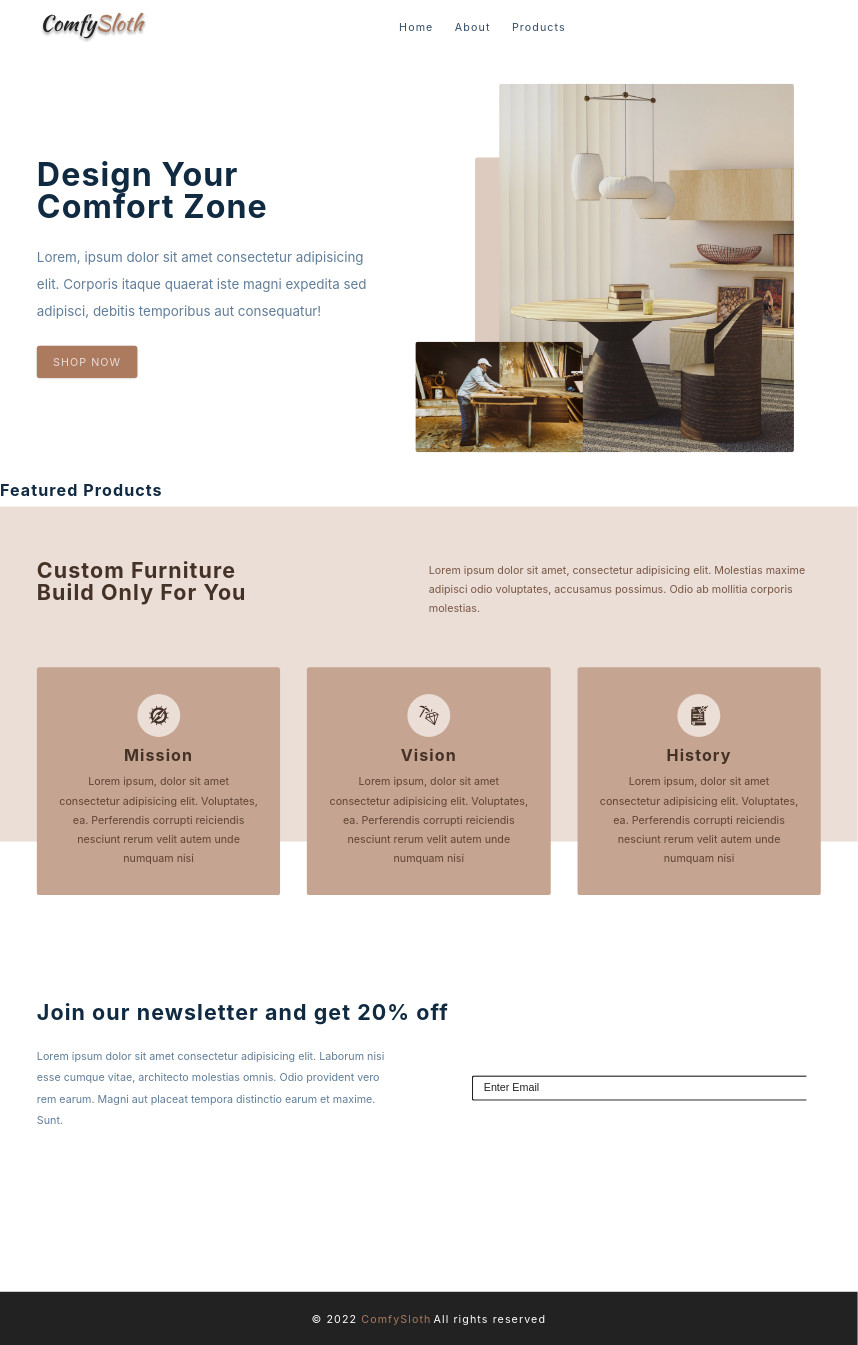
Repository: MateuszWorek/react-comfy-store
Page: /
The author's editor kept a copy of each file at every save. The page is drawn from the files as they stood at one save, then again after the next save.
The browser window is 1280 px wide. The pictures show the whole page, at 67% of full size.
The project was rebuilt for these pictures with package versions that can differ from the ones it lists, and the page was loaded fresh each time. A package was used in the major version that the imports need, not the one package.json lists. Also part of the build but not shown: src/components/Error.js, src/components/Loading.js, src/utils/helpers.js, src/components/Product.js, src/reducers/cart_reducer.js, src/context/cart_context.js, src/context/user_context.js, src/components/ProductImages.js and 22 more. Imported but missing from the stored project, and not drawn on this page: src/components/AmountButtons.

Above is the page before, as saved 2022-07-14 18:27:46.

After the next save:
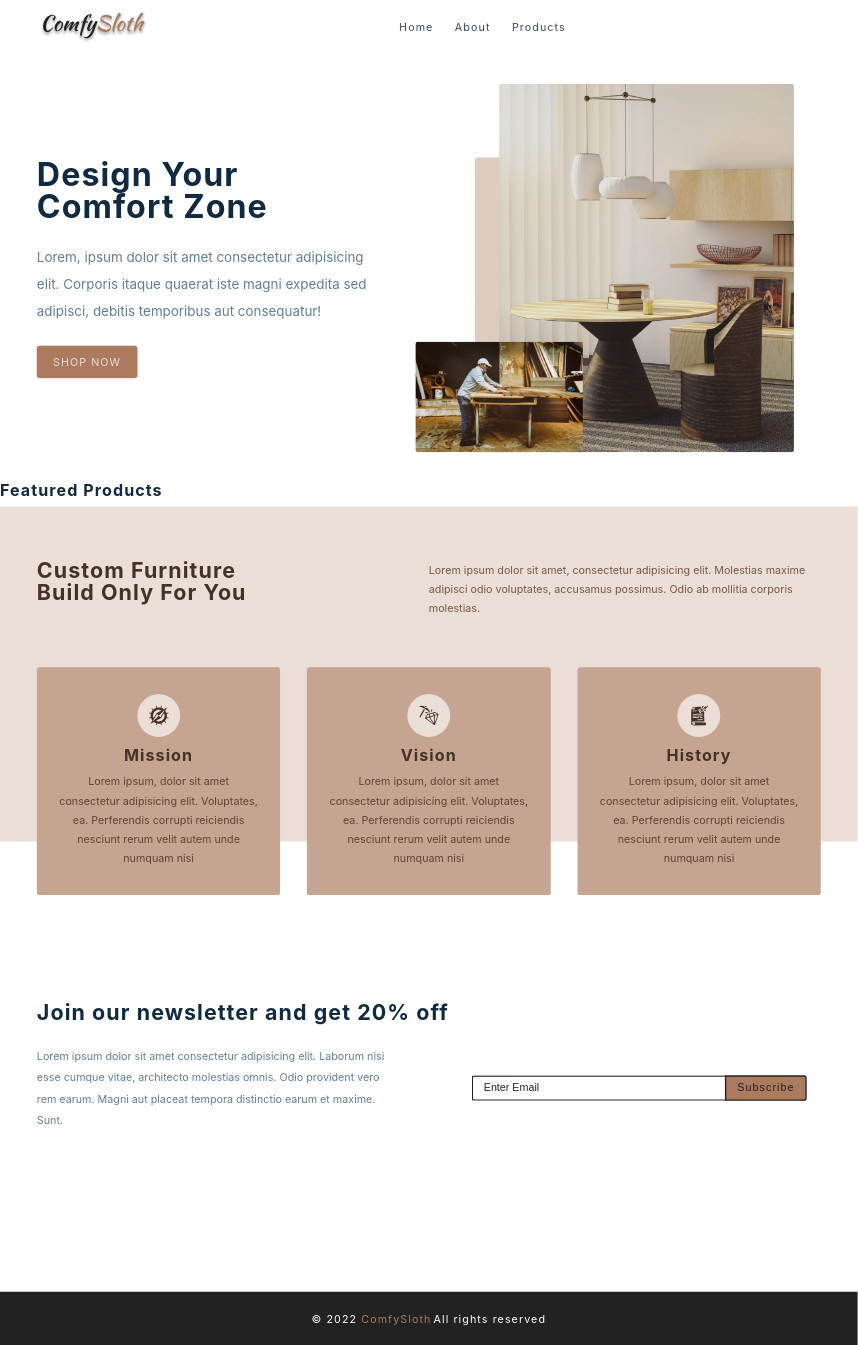
Saved 38 s later.
--- a/src/components/Contact.js
+++ b/src/components/Contact.js
@@ -19,6 +19,9 @@ const Contact = () => {
               className='form-input'
               placeholder='enter email'
             />
+            <button type='submit' className='submit-btn'>
+              subscribe
+            </button>
           </form>
         </div>
       </div>
